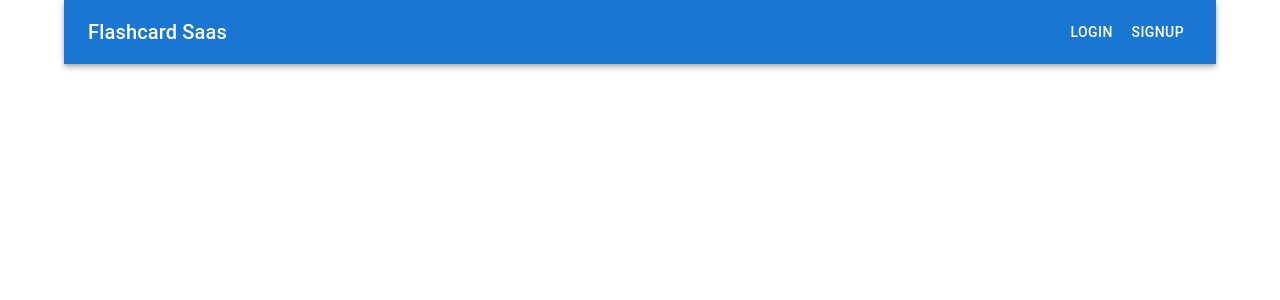
Repository: rakeshpuppala2590/AI-Flashcards-Stripe
Page: /
An editor plug-in stored every save of this project. The page is shown before and after the next save, followed by the edit.
The browser window is 1280 px wide. The pictures show the whole page.
The page's requests for data from a server got no answer. The project was rebuilt for these pictures with package versions that can differ from the ones it lists, and the page was loaded fresh each time. Some packages were replaced by stand-ins written for this rebuild. The framework's server and built-in components were replaced by stand-ins that run in the browser. No one was signed in, and anything a server would have sent is missing. Also part of the build but not shown: next.config.mjs.

Above is the page before, as saved 2024-08-12 14:34:01.

After the next save:
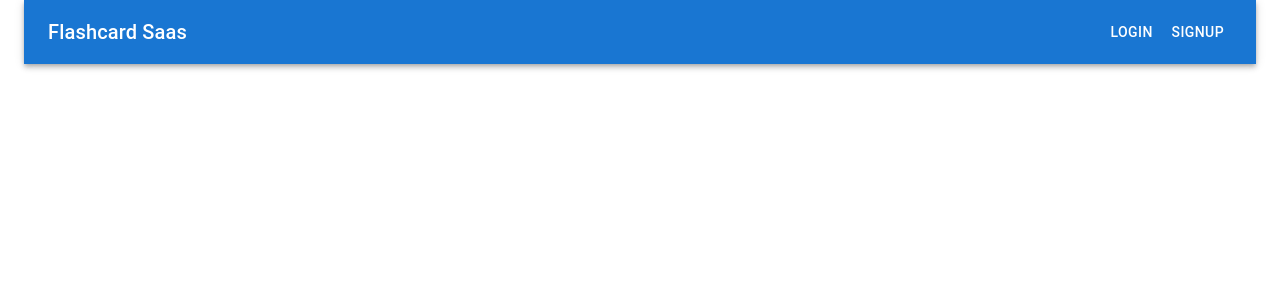
Saved 21 s later.
--- a/src/app/page.js
+++ b/src/app/page.js
@@ -13,7 +13,7 @@ export default function Home() {
           content="create flashcard from your text"
         ></meta>
       </Head>
-      <Container maxWidth="lg">
+      <Container maxWidth="100vW">
         <AppBar position="static">
           <Toolbar>
             <Typography variant="h6" style={{ flexGrow: 1 }}>
